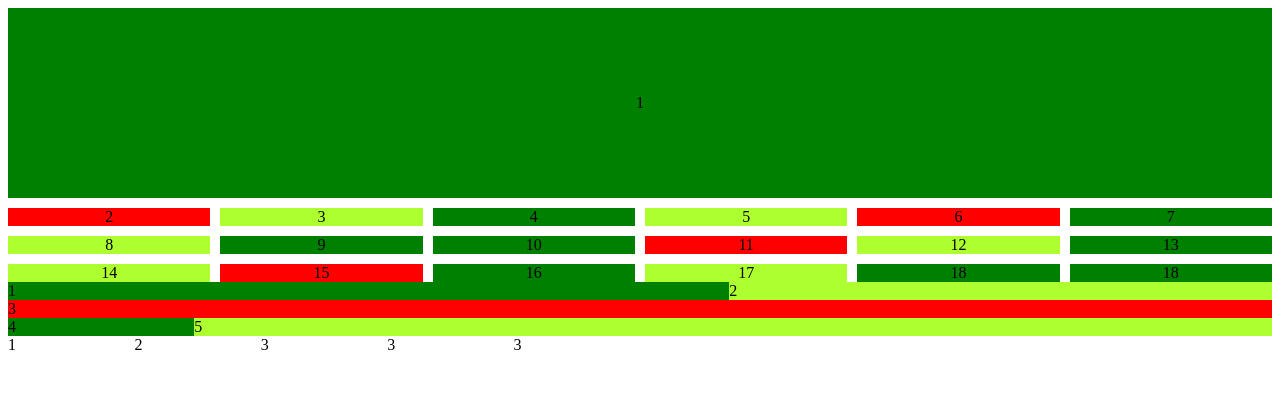
Repository: motiejus1/09-paskaita-05.31
Page: index.html
These files come from the project's save history. The page is drawn as it stood at one moment and after the next save; the edit follows.
The browser window is 1280 px wide. The pictures show the whole page.

Above is the page before, as saved 2021-06-15 20:22:27.

After the next save:
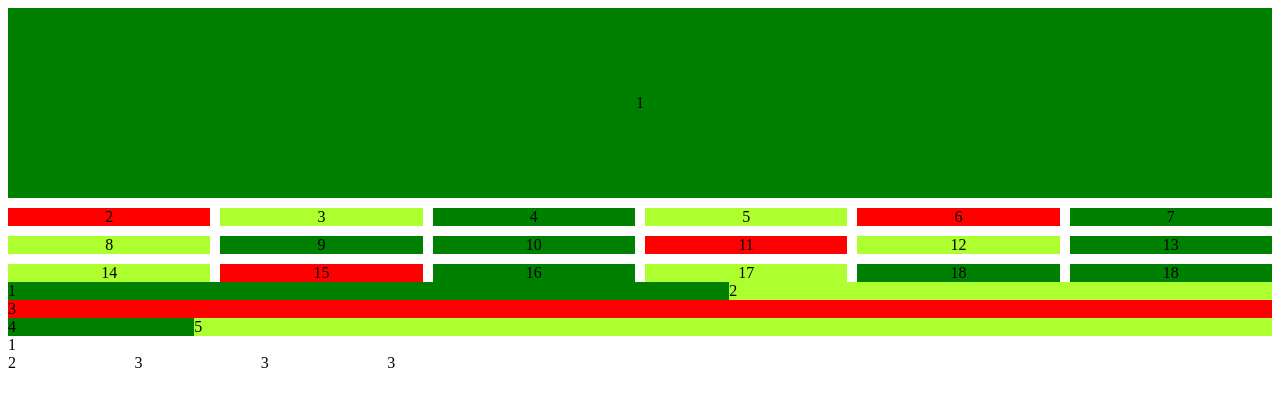
Saved 5 s later.
--- a/index.html
+++ b/index.html
@@ -88,7 +88,7 @@
         }
 
         .grid1 {
-            grid-column: ;
+            grid-column: 1 / span 10;
         }
     </style>
 </head>
